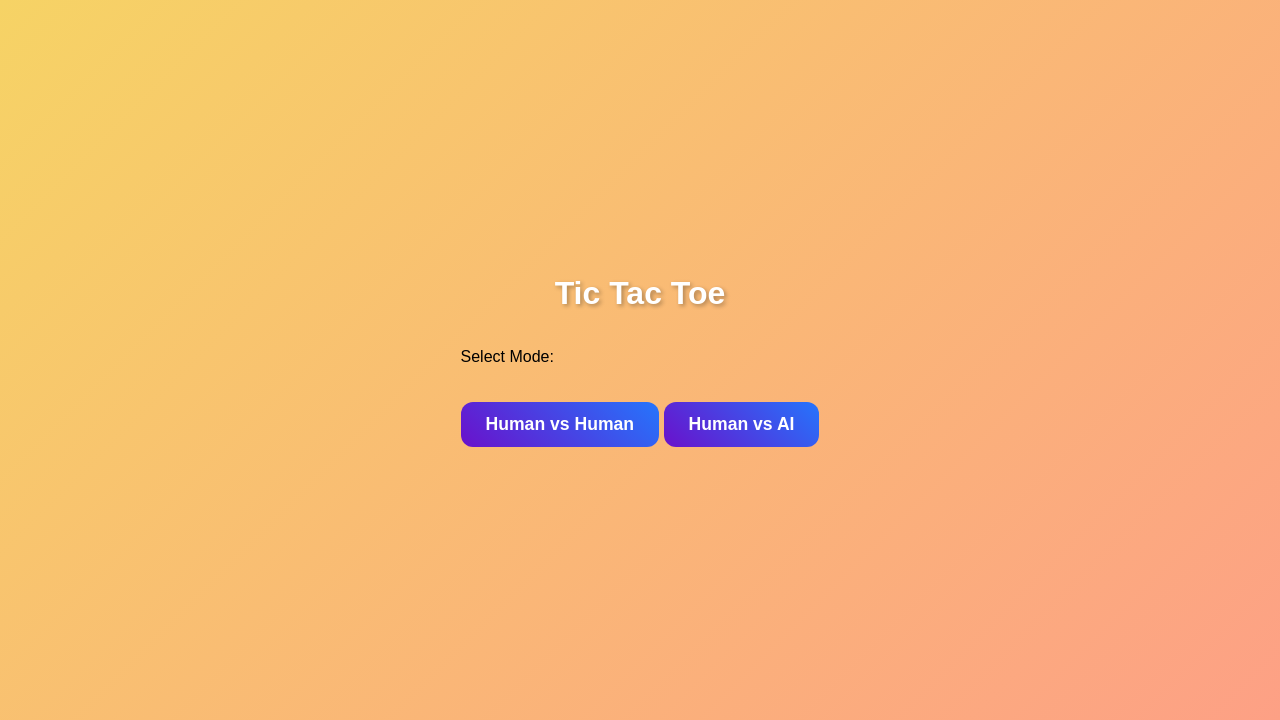
Repository: harshini0304/PRODIGY_WD_03
Page: index.html
The author's editor kept a copy of each file at every save. The page is drawn from the files as they stood at one save, then again after the next save.
The browser window is 1280 px wide. The pictures show the whole page.

Above is the page before, as saved 2025-09-09 17:51:31.

After the next save:
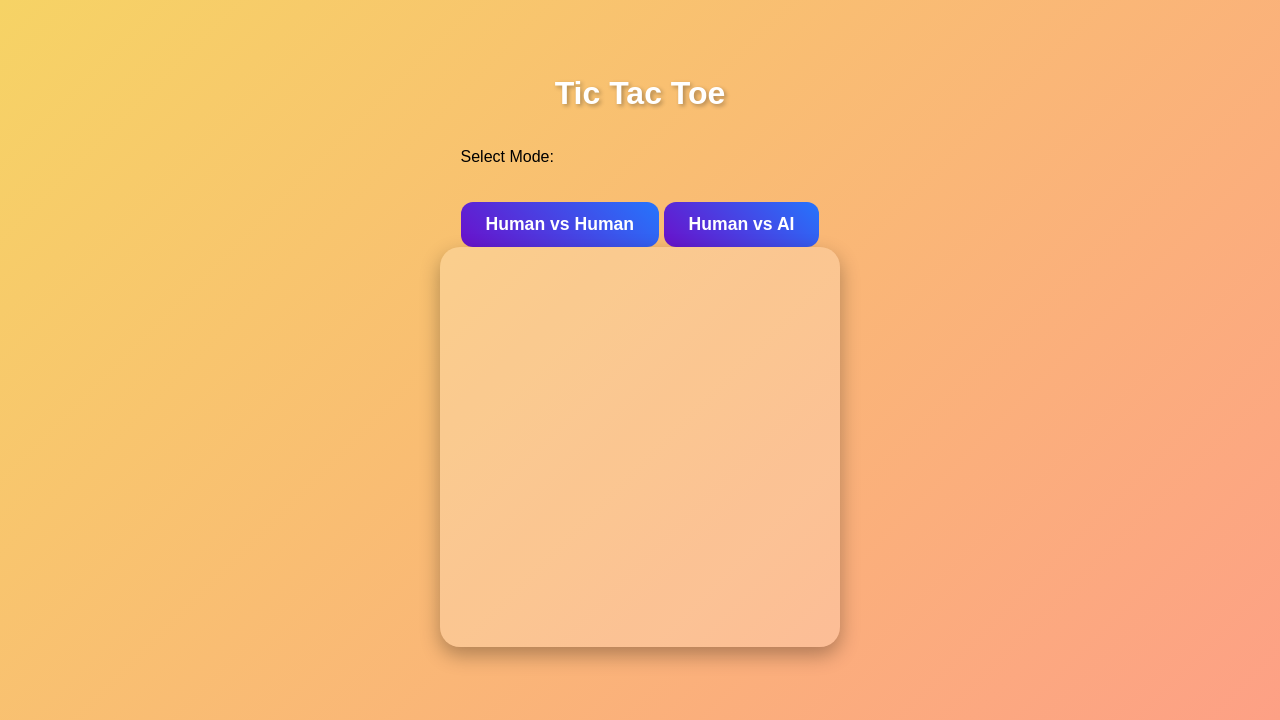
Saved 2 min 23 s later.
--- a/index.html
+++ b/index.html
@@ -15,11 +15,14 @@
     <button onclick="startGame('hva')">Human vs AI</button>
   </div>
 
-  <div id="board" style="display:none;"></div>
+  <div id="board"></div>
   <div id="status"></div>
-  <button onclick="restartGame()" style="display:none;">Restart</button>
+  <div id="playAgain" style="display:none;">
+    <p>Play Again?</p>
+    <button onclick="restartGame()">Yes</button>
+    <button onclick="switchMode()">No / Switch Mode</button>
+  </div>
 
   <script src="script.js"></script>
 </body>
-
 </html>
